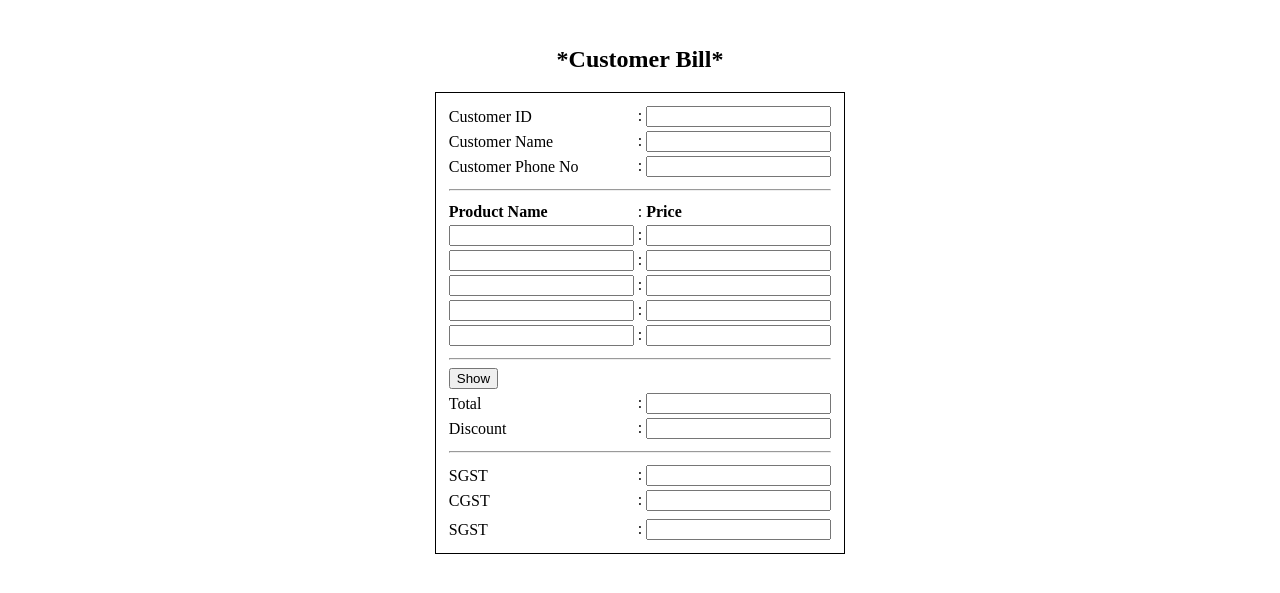
Repository: gajanansp07/Advance_Java_Practice
Page: http://localhost/JspPro/JspTest.jsp
The author's editor kept a copy of each file at every save. The page is drawn from the files as they stood at one save, then again after the next save.
The browser window is 1280 px wide. The pictures show the whole page.
The page is served by Tomcat 9.

Above is the page before, as saved 2022-03-13 14:43:12.

### JspPro/src/main/webapp/JspTest.jsp
<%@ page language="java" contentType="text/html; charset=ISO-8859-1"
    pageEncoding="ISO-8859-1"%>
<!DOCTYPE html>
<html>
<head>
<meta charset="ISO-8859-1">
<title>Insert title here</title>
<style>
        body {
            margin-top: 2%;
        }

        td {
            padding: 1px;
        }

        table {
        	border : 1px solid;
        	padding :10px;
            text-align: -webkit-center;
        }
    </style>
</head>
<body>
	<form action="CustBill.jsp" method="get" >
	<table align="center">
	<caption><h2>*Customer Bill*</h2></caption>
	<tr><td>Customer ID</td><td> :  <input type="text" name="cname" id="cname"> </td></tr>
	<tr><td>Customer Name</td><td> :  <input type="text" name="cname" id="cname"> </td></tr>
	<tr><td>Customer Phone No</td><td> :  <input type="text" name="cname" id="cname"> </td></tr>
	<tr><td colspan=2><hr /></td> </tr>
	<tr><td><b>Product Name</b></td><td> :  <b>Price</b> </td></tr>
	<tr><td> <input type="text" name="cname" id="cname"></td><td> :  <input type="text" name="cname" id="cname"> </td></tr>
	<tr><td> <input type="text" name="cname" id="cname"></td><td> :  <input type="text" name="cname" id="cname"> </td></tr>
	<tr><td> <input type="text" name="cname" id="cname"></td><td> :  <input type="text" name="cname" id="cname"> </td></tr>
	<tr><td> <input type="text" name="cname" id="cname"></td><td> :  <input type="text" name="cname" id="cname"> </td></tr>
	<tr><td> <input type="text" name="cname" id="cname"></td><td> :  <input type="text" name="cname" id="cname"> </td></tr>
	<tr><td colspan=2> <hr /> <input type="button" value="Show"></td> </tr>
	<tr><td> Total</td><td> :  <input type="text" name="cname" id="cname"> </td></tr>
	<tr><td> Discount </td><td> :  <input type="text" name="cname" id="cname"> </td></tr>
	<tr><td colspan=2><hr /></td> </tr>
	<tr><td> SGST</td><td> :  <input type="text" name="cname" id="cname"> </td></tr>
	<tr><td> CGST</td><td> :  <input type="text" name="cname" id="cname"> </td></tr>
	<tr><td></td> </tr>
	<tr><td> SGST</td><td> :  <input type="text" name="cname" id="cname"> </td></tr>
	</table>
	</form>

</body>
</html>

After the next save:
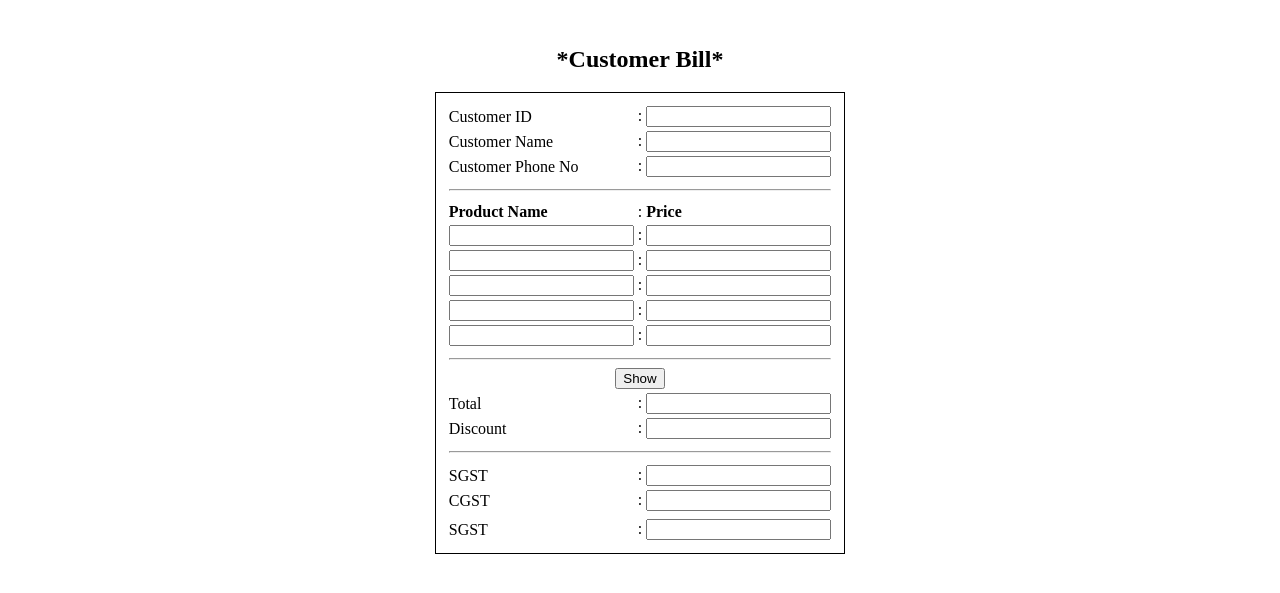
Saved 29 s later.
--- a/JspPro/src/main/webapp/JspTest.jsp
+++ b/JspPro/src/main/webapp/JspTest.jsp
@@ -35,7 +35,7 @@
 	<tr><td> <input type="text" name="cname" id="cname"></td><td> :  <input type="text" name="cname" id="cname"> </td></tr>
 	<tr><td> <input type="text" name="cname" id="cname"></td><td> :  <input type="text" name="cname" id="cname"> </td></tr>
 	<tr><td> <input type="text" name="cname" id="cname"></td><td> :  <input type="text" name="cname" id="cname"> </td></tr>
-	<tr><td colspan=2> <hr /> <input type="button" value="Show"></td> </tr>
+	<tr><td colspan=2 align="center"> <hr /> <input type="button" value="Show"></td> </tr>
 	<tr><td> Total</td><td> :  <input type="text" name="cname" id="cname"> </td></tr>
 	<tr><td> Discount </td><td> :  <input type="text" name="cname" id="cname"> </td></tr>
 	<tr><td colspan=2><hr /></td> </tr>
